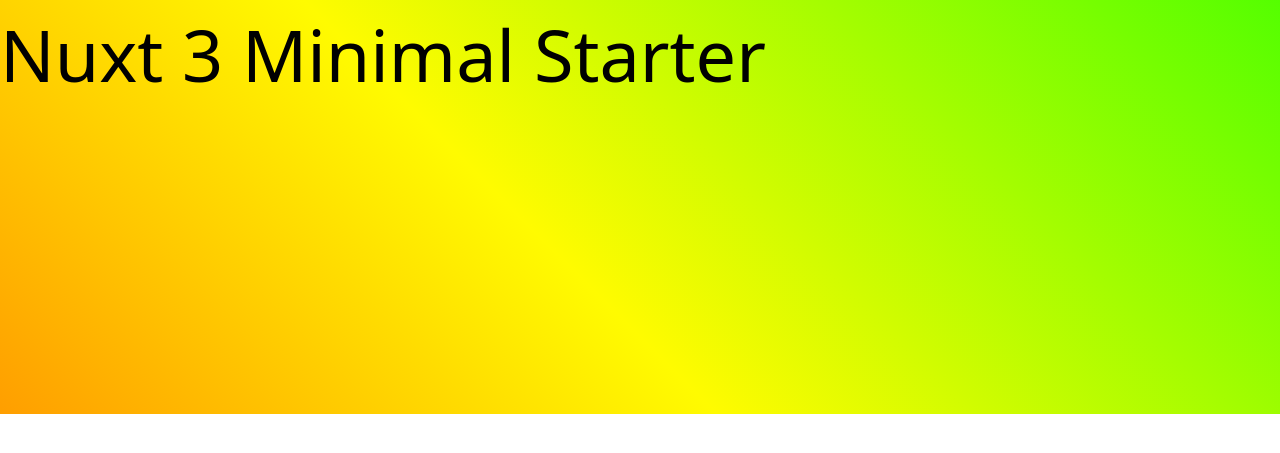
Repository: Freezler/nuxt
Page: /
The author's editor kept a copy of each file at every save. The page is drawn from the files as they stood at one save, then again after the next save.
The browser window is 1280 px wide. The pictures show the whole page.
The project was rebuilt for these pictures with package versions that can differ from the ones it lists, and the page was loaded fresh each time. The framework's server and built-in components were replaced by stand-ins that run in the browser. Also part of the build but not shown: nuxt.config.ts.

Above is the page before, as saved 2024-08-02 21:07:40.

After the next save:
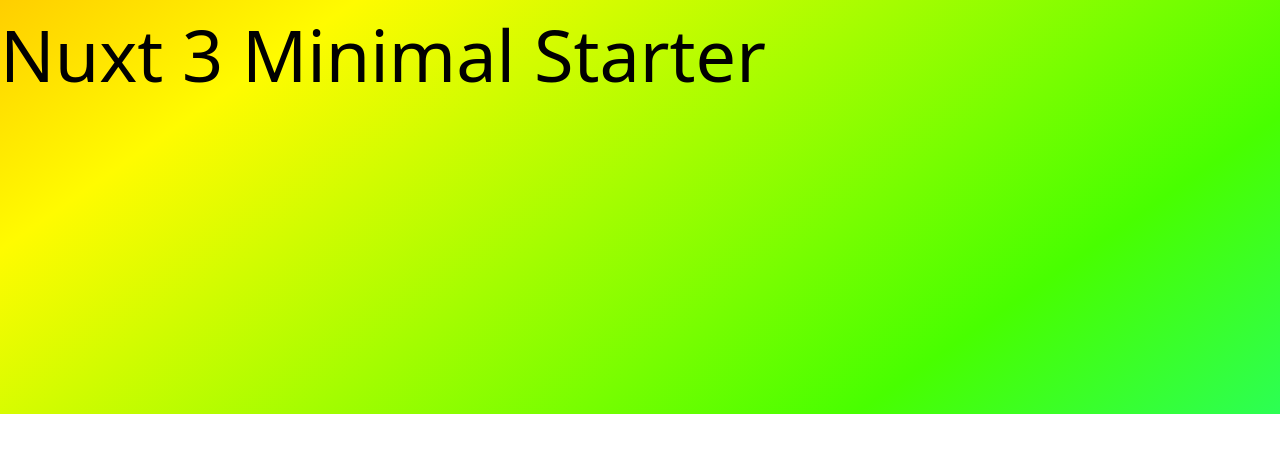
Saved 15 s later.
--- a/assets/css/main.css
+++ b/assets/css/main.css
@@ -4,7 +4,7 @@
 
 html {
 	background:
-	linear-gradient(45deg, #ff0000, #ff7300, #fffb00, #48ff00, #00ffd5, #002bff, #7a00ff, #ff00c8, #ff0000);
+	linear-gradient(145deg, #ff0000, #ff7300, #fffb00, #48ff00, #00ffd5, #002bff, #7a00ff, #ff00c8, #ff0000);
 
 
 	animation: gradient 6s cubic-bezier(0.455, 0.03, 0.515, 0.955) infinite;
